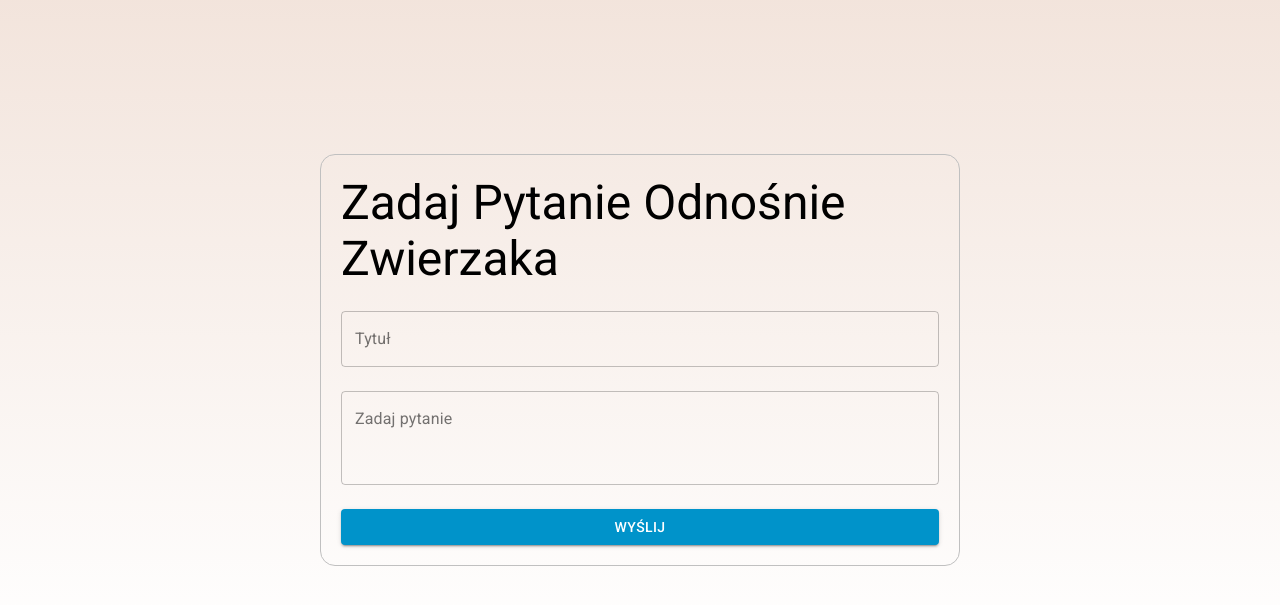
Repository: piotr-bocian/Projekt-5
Page: /
The author's editor kept a copy of each file at every save. The page is drawn from the files as they stood at one save, then again after a run of saves.
The browser window is 1280 px wide. The pictures show the whole page.
The project was rebuilt for these pictures with package versions that can differ from the ones it lists, and the page was loaded fresh each time.

Above is the page before, as saved 2021-03-22 18:03:28.

### public/index.html
<!DOCTYPE html>
<html lang="en">

<head>
  <meta charset="utf-8" />
  <meta name="viewport" content="width=device-width, initial-scale=1" />
  <meta name="theme-color" content="#000000" />
  <meta name="description" content="Coders-Camp2020 Projekt Full-Stack Schronisko dla zwierząt" />
  <link rel="apple-touch-icon" href="%PUBLIC_URL%/logo192.png" />

  <link rel="manifest" href="%PUBLIC_URL%/manifest.json" />
  <link rel="stylesheet" href="https://fonts.googleapis.com/css?family=Roboto:300,400,500,700&display=swap" />
  <link href="https://fonts.googleapis.com/css2?family=Amatic+SC&display=swap" rel="stylesheet">
  <title>Schronisko dla zwierząt</title>
</head>

<body>
  <noscript>You need to enable JavaScript to run this app.</noscript>
  <div id="root"></div>
</body>

</html>

### src/index.js
import React from 'react';
import ReactDOM from 'react-dom';
import App from '../src/view/App';
import reportWebVitals from './reportWebVitals';
import './styles/main.css';

ReactDOM.render(
  <React.StrictMode>
    <App />
  </React.StrictMode>,
  document.getElementById('root')
);

reportWebVitals();

### src/view/App.js
import React from 'react';
import styled from 'styled-components';
import AdotpionForm from '../components/Organisms/AdotpionForm/AdotpionForm';
import { ThemeProvider, createMuiTheme } from '@material-ui/core';

const Wrapper = styled.div`
  display: flex;
  flex-direction: column;
  justify-content: center;
  align-items: center;
  width: 100%;
  height: 100vh;
`;

const theme = createMuiTheme({
  palette:{
    primary:{
      light: '#0292c9',
      main: '#0093CA',
      dark: '#0274A2'
    }
  }
});


function App() {
  return (
    <ThemeProvider theme={theme}>
      <Wrapper>
        <AdotpionForm />
      </Wrapper>
    </ThemeProvider>
  );
}

export default App;

### src/styles/main.css
*{
   box-sizing: border-box;
   padding: 0;
   margin: 0;
}

body {
   background-image: linear-gradient(180deg,#e8cebf 0%,rgba(232, 206, 191, 0.55) 0.01%,#ffffff 90.62%);
   background-repeat: no-repeat;
}

### src/components/Organisms/AdotpionForm/AdotpionForm.js
import React, { useState } from 'react';
import { Typography, TextField, Button } from '@material-ui/core';
import { Grid } from '@material-ui/core';

import './AdotpionForm.css';

const AdotpionForm = () => {
    const [title, setTitle] = useState('');
    const [occupation, setOccupation] = useState('');


    const sendForm = (e) => {
        e.preventDefault();
        console.log(title);
        console.log(occupation);

    }

    return (
        <form className="form" onSubmit={sendForm}>
            <Grid container spacing={3}>
                <Grid item xs={12} sm={12} md={12}>
                    <Typography variant="h3">Zadaj Pytanie Odnośnie Zwierzaka</Typography>
                </Grid>
                <Grid item xs={12} sm={12} md={12}>
                    <TextField
                        variant="outlined"
                        label="Tytuł" value={title}
                        onChange={(e) => setTitle(e.target.value)}
                        fullWidth
                    />
                </Grid>
                <Grid item xs={12}>
                    <TextField
                        variant="outlined"
                        label="Zadaj pytanie"
                        multiline
                        rows={3}
                        value={occupation} onChange={(e) => setOccupation(e.target.value)}
                        fullWidth
                    />
                </Grid>
                <Grid item xs={12}>
                    <Button
                        color="primary"
                        variant="contained"
                        type="submit"
                        fullWidth
                    >
                        Wyślij
                    </Button>
                </Grid>
            </Grid>
        </form>
    )
}

export default AdotpionForm;

### src/components/Organisms/AdotpionForm/AdotpionForm.css
.form{
    width: 50vw;
    border-radius: 15px;
    border:1px solid silver;
    padding: 20px;
}

@media (max-width: 768px){
    .form{
        width: 80vw;
    }
}

Loaded but not shown: src/reportWebVitals.js (common file)

After the next 4 saves:
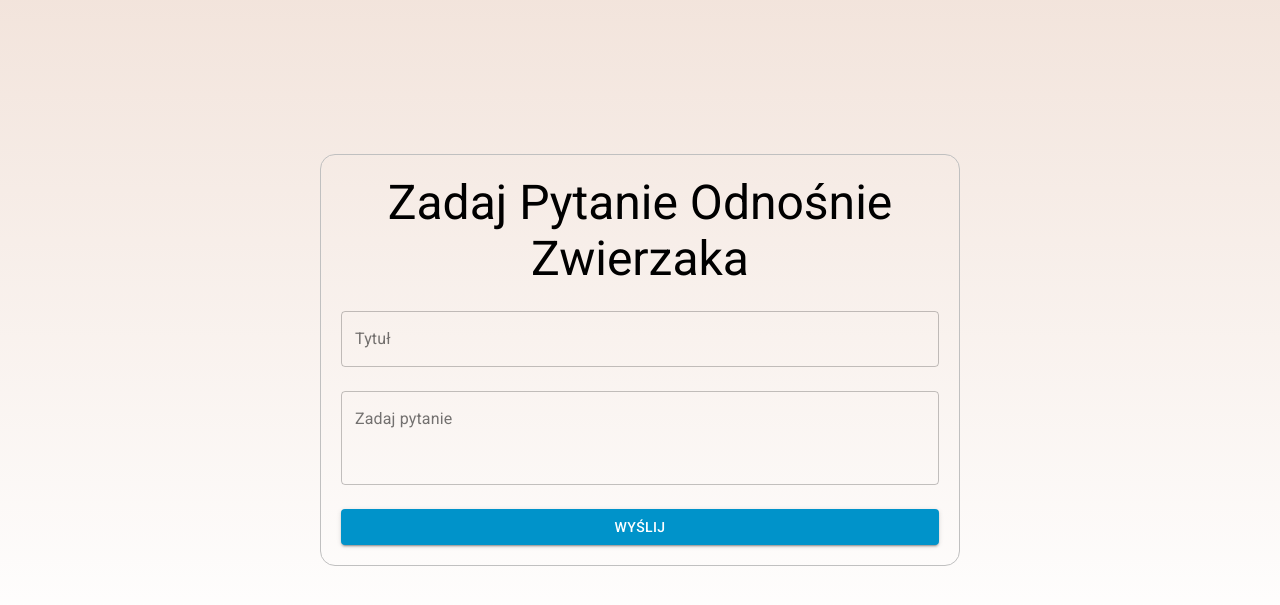
The 4 saves are shown as one change because they came seconds apart.
The last was saved 16 s later.
--- a/src/components/Organisms/AdotpionForm/AdotpionForm.js
+++ b/src/components/Organisms/AdotpionForm/AdotpionForm.js
@@ -20,7 +20,7 @@ const AdotpionForm = () => {
         <form className="form" onSubmit={sendForm}>
             <Grid container spacing={3}>
                 <Grid item xs={12} sm={12} md={12}>
-                    <Typography variant="h3">Zadaj Pytanie Odnośnie Zwierzaka</Typography>
+                    <Typography variant="h3" align="center">Zadaj Pytanie Odnośnie Zwierzaka</Typography>
                 </Grid>
                 <Grid item xs={12} sm={12} md={12}>
                     <TextField
